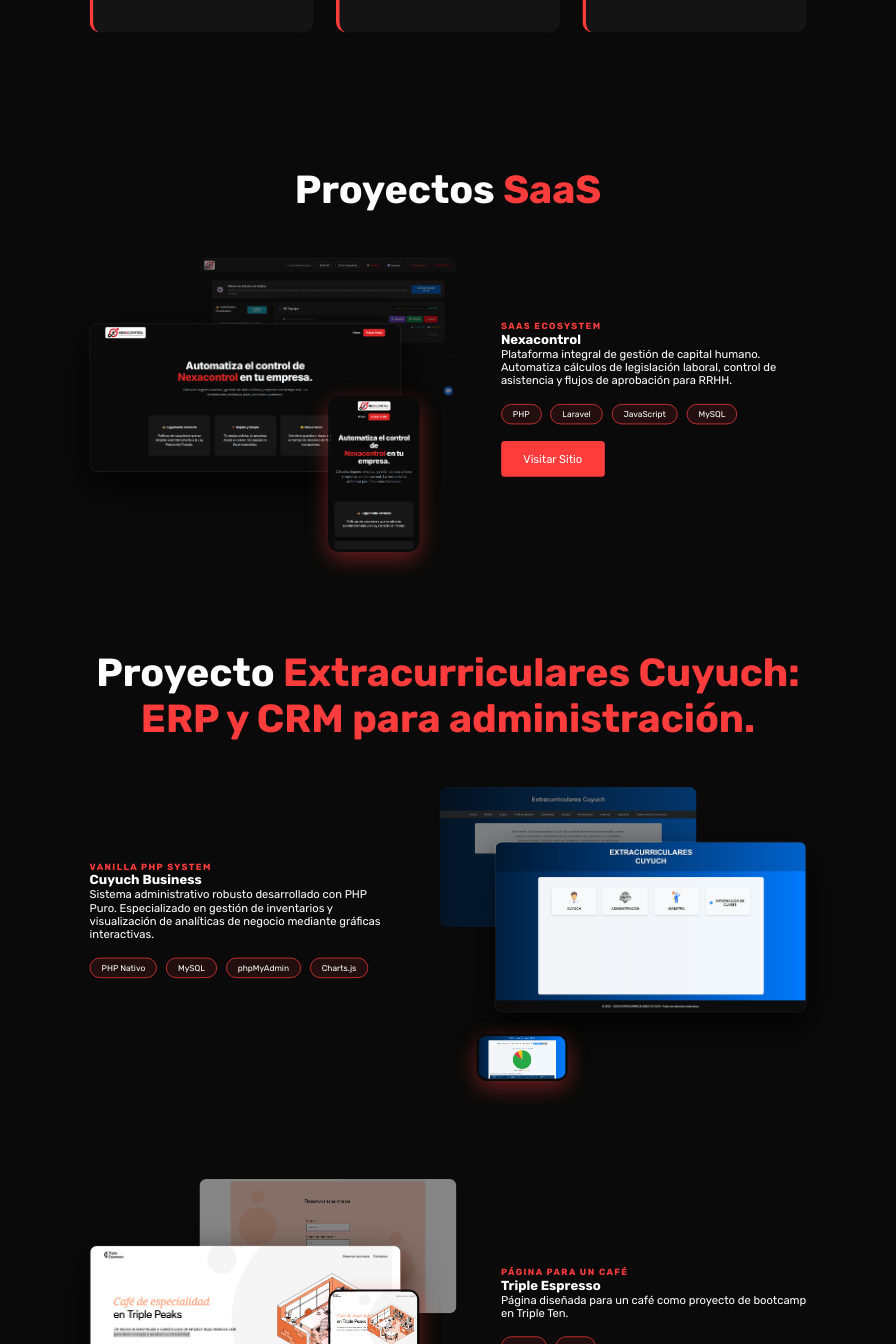
Repository: hercules830/Mi-portfolio-profesional
Page: index.html
An editor plug-in stored every save of this project. The page is shown before and after the next save, followed by the edit.
The browser window is 1280 px wide. The pictures show the part of the page from y = 1123 to 3043 px (the page is 3806 px tall before and 3938 px after), at 70% of full size.
Some web fonts or font styles are not loaded; a fallback is used.

Above is the page before, as saved 2026-05-30 20:33:38.

After the next save:
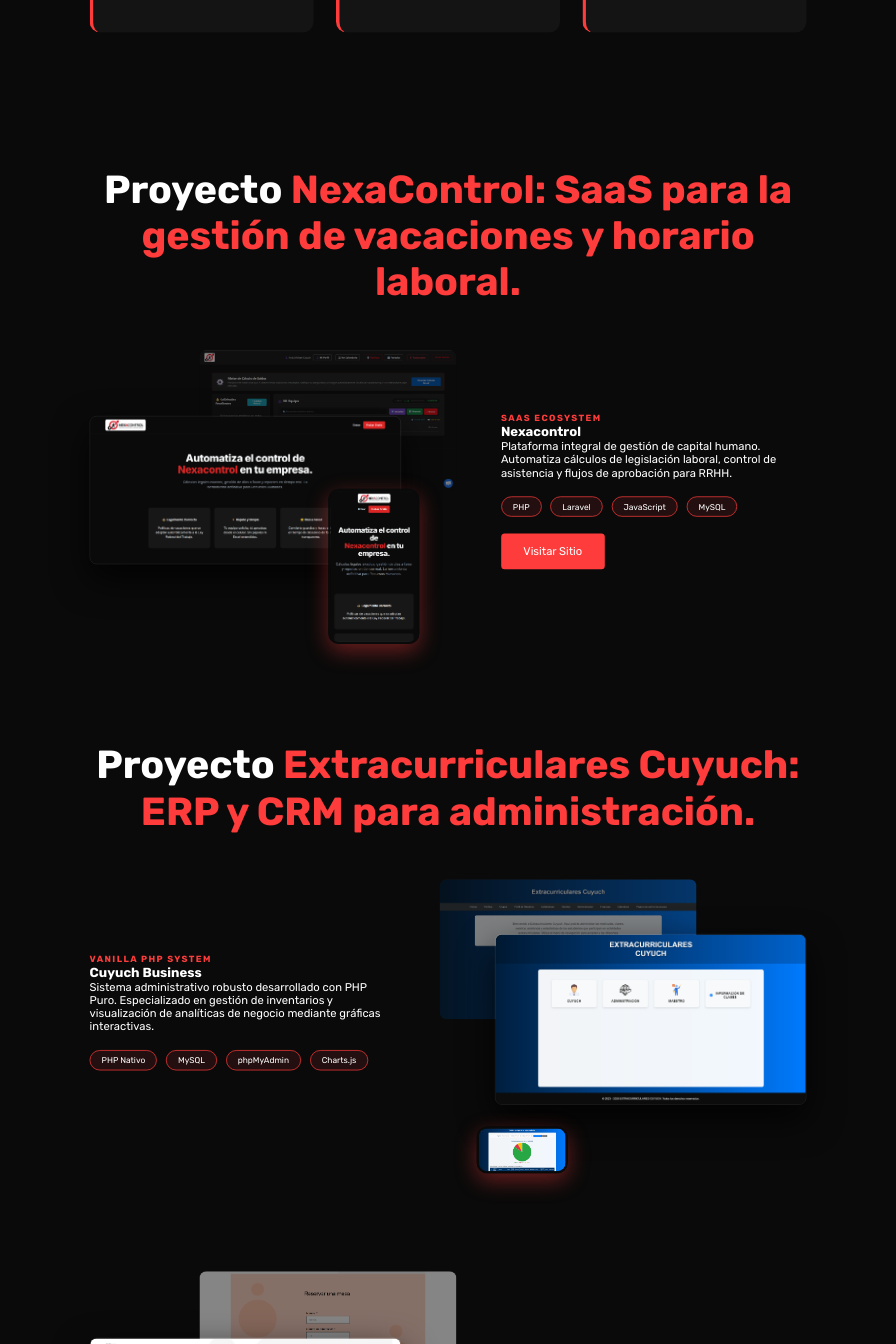
Saved 79 s later.
--- a/index.html
+++ b/index.html
@@ -55,7 +55,13 @@
     </section>
 
     <section class="section" id="proyectos">
-      <h2 class="section-title">Proyectos <span>SaaS</span></h2>
+      <h2 class="section-title">
+        Proyecto
+        <span
+          >NexaControl: SaaS para la gestión de vacaciones y horario
+          laboral.</span
+        >
+      </h2>
 
       <!-- PROYECTO 1: NEXACONTROL (Tecnologías originales) -->
       <div class="featured-project">
